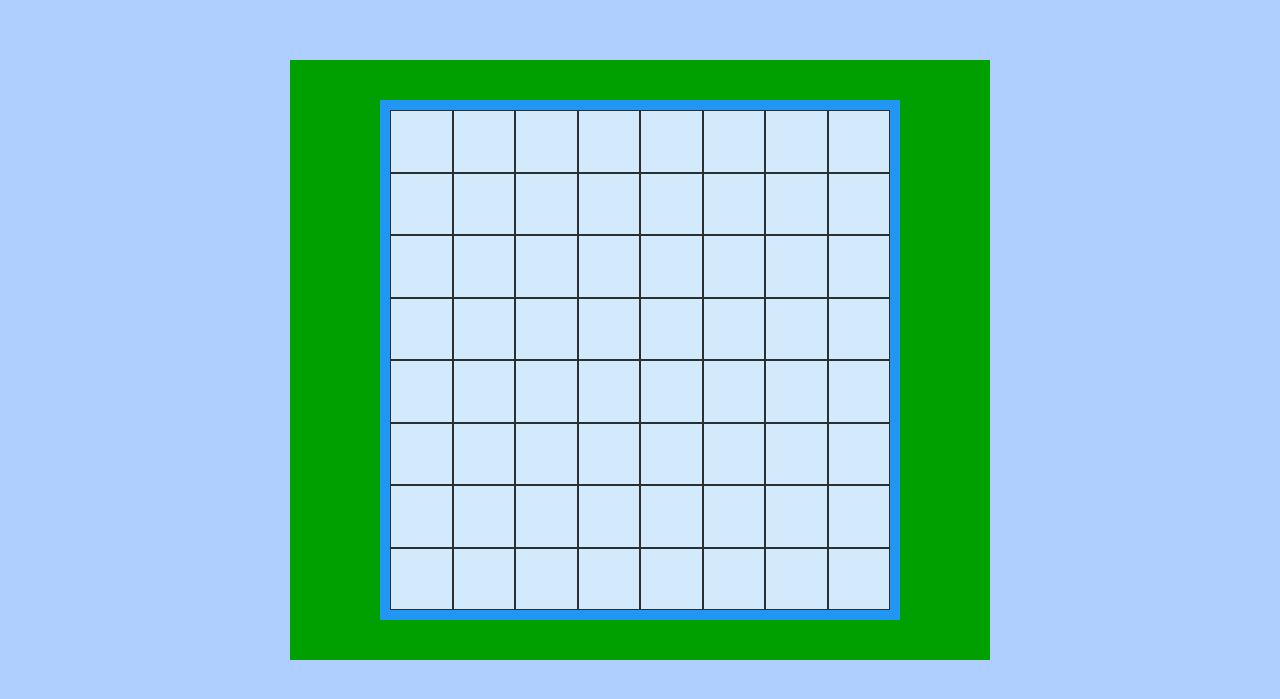
Repository: eliaoucohen72/react-reversi
Page: /
The author's editor kept a copy of each file at every save. The page is drawn from the files as they stood at one save, then again after a run of saves.
The browser window is 1280 px wide. The pictures show the whole page.
The project was rebuilt for these pictures with package versions that can differ from the ones it lists, and the page was loaded fresh each time. Also part of the build but not shown: vite.config.ts.

Above is the page before, as saved 2024-08-26 12:52:25.

### src/App.tsx
import "./App.css";

function App() {
  const returnBoard = () =>
    Array.from({ length: 64 }, (x: number) => {
      return <div className="grid-item">{x}</div>;
    });

  return (
    <div
      style={{
        width: "100vw",
        height: "100vh",
        backgroundColor: "#afcffe",
        position: "relative",
      }}
    >
      <div
        style={{
          position: "absolute",
          width: "700px",
          height: "600px",
          backgroundColor: "#00a000",
          top: "50%",
          left: "50%",
          transform: "translate(-50%, -50%)",
          display: "flex",
          alignItems: "center",
          justifyContent: "center",
        }}
      >
        <div className="grid-container">{returnBoard()}</div>
      </div>
    </div>
  );
}

export default App;

### src/App.css
.grid-container {
  display: grid;
  grid-template-columns: 12.5% 12.5% 12.5% 12.5% 12.5% 12.5% 12.5% 12.5%;
  background-color: #2196f3;
  padding: 10px;
  width: 500px;
  height: 500px;
}
.grid-item {
  background-color: rgba(255, 255, 255, 0.8);
  border: 1px solid rgba(0, 0, 0, 0.8);
  text-align: center;
}

Loaded but not shown: index.html (common file); src/main.tsx (common file); src/index.css (common file)

After the next 3 saves:
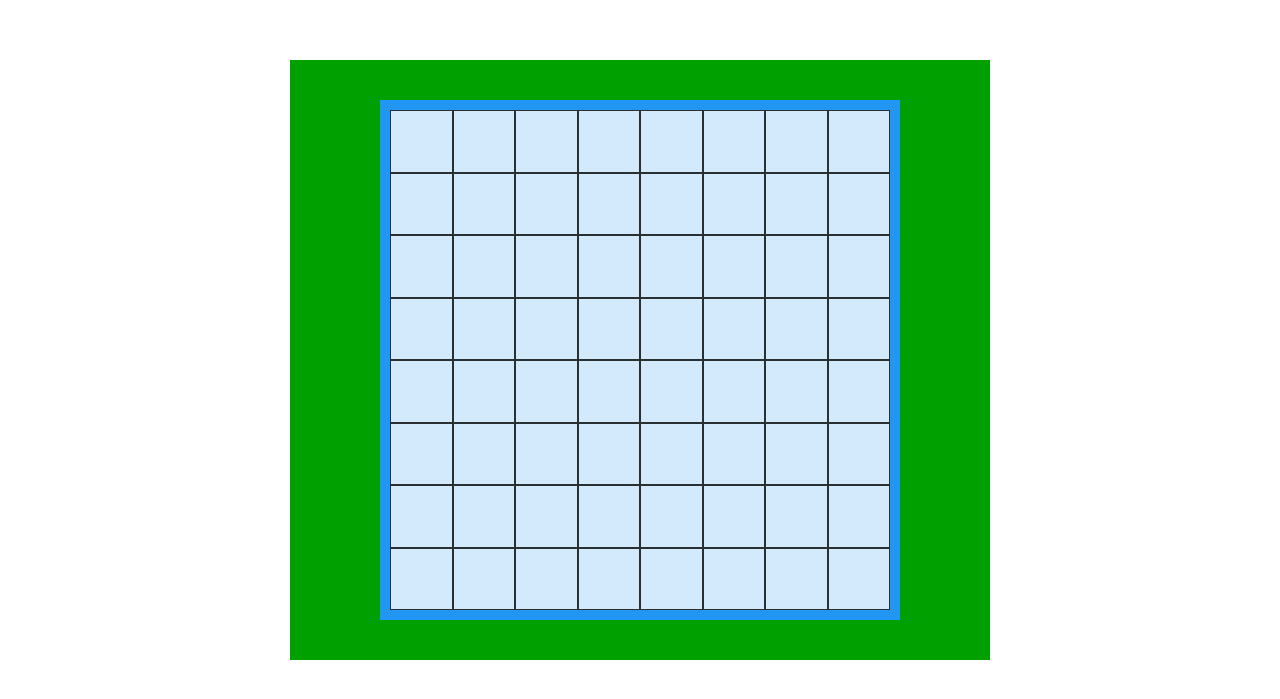
The 3 saves are shown as one change because 1 did not build or start and some came seconds apart.
The last was saved 64 s later.
--- a/src/App.tsx
+++ b/src/App.tsx
@@ -8,12 +8,7 @@ function App() {
 
   return (
     <div
-      style={{
-        width: "100vw",
-        height: "100vh",
-        backgroundColor: "#afcffe",
-        position: "relative",
-      }}
+      className="wrapper"
     >
       <div
         style={{
